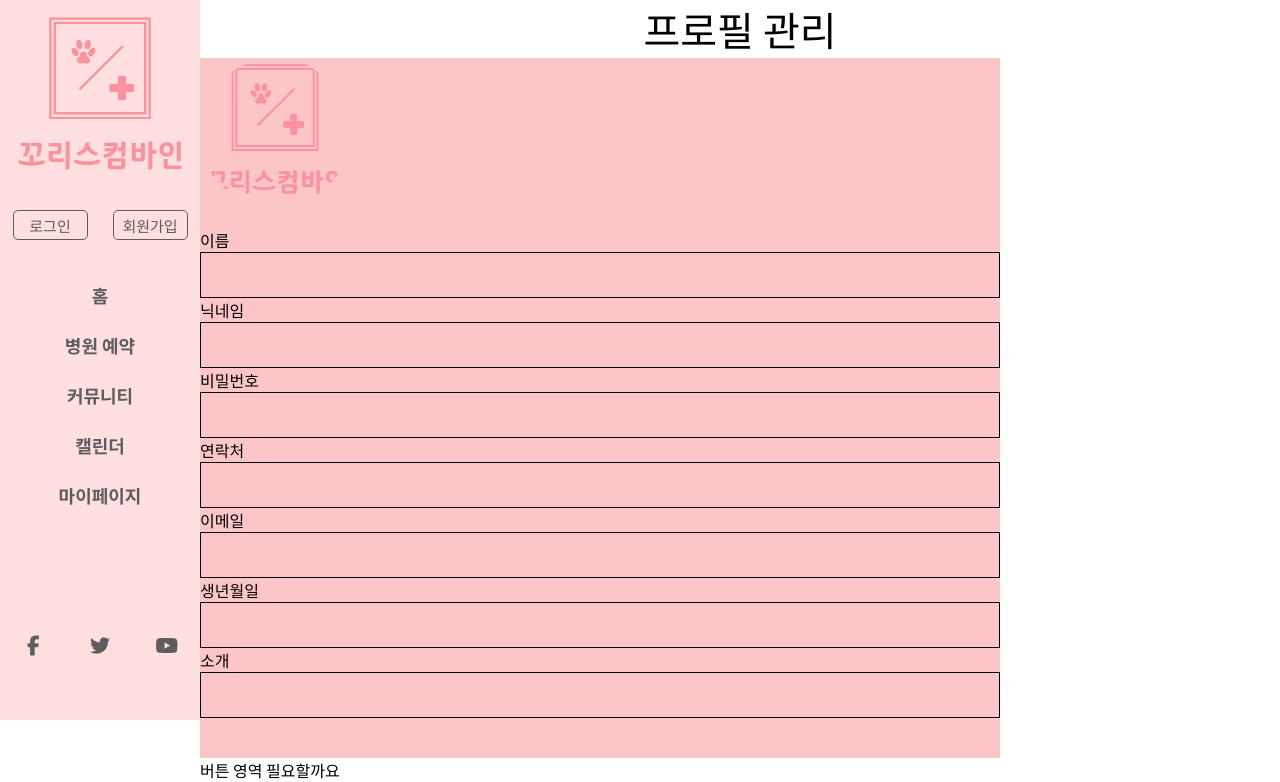
Repository: dodnam/kkoris
Page: http://localhost/1_kkoris/reservation2.jsp
These files come from the project's save history. The page is drawn as it stood at one moment and after the next save; the edit follows.
The browser window is 1280 px wide. The pictures show the whole page.
Some web libraries are served in a nearby version. The page is served by Tomcat 9.

Above is the page before, as saved 2020-02-17 14:43:09.

After the next save:
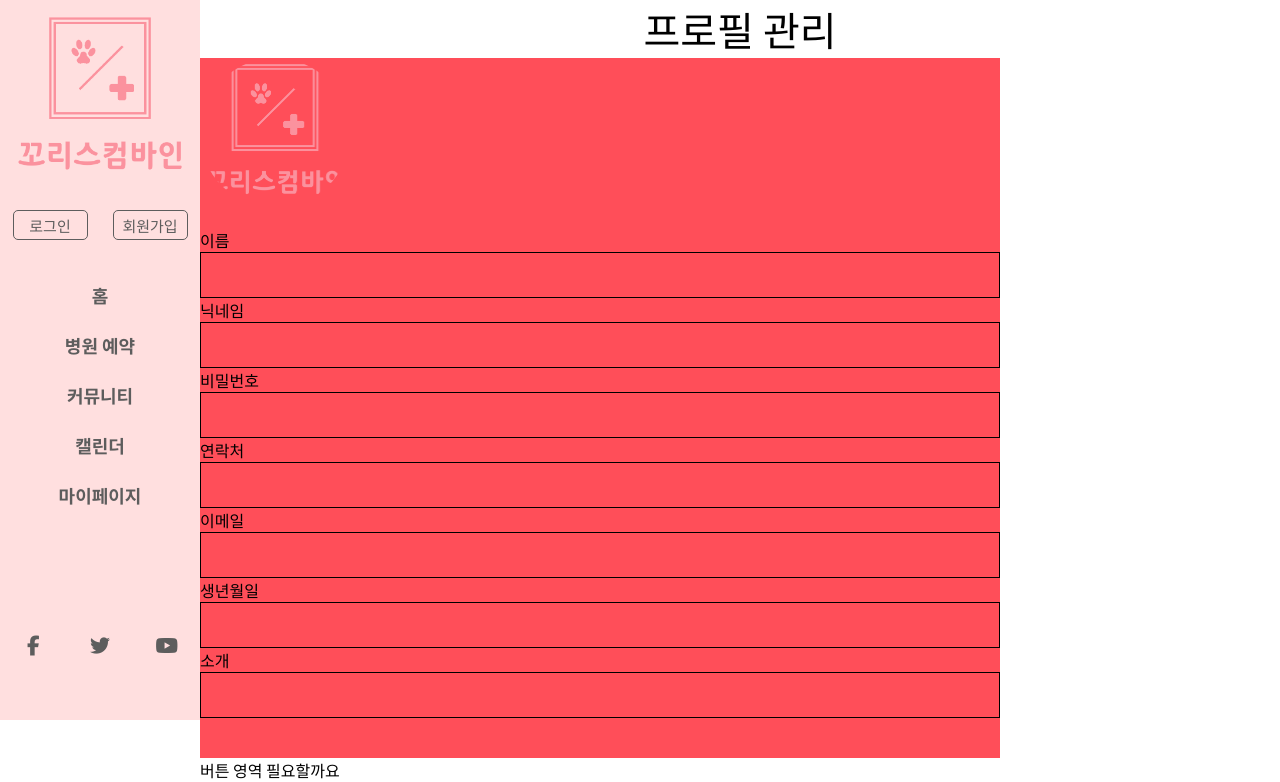
Saved 43 s later.
--- a/1_kkoris/WebContent/reservation2.jsp
+++ b/1_kkoris/WebContent/reservation2.jsp
@@ -8,7 +8,7 @@
 <link rel="stylesheet" type="text/css" href="<%= request.getContextPath() %>/css/index.css"/>
 <link rel="stylesheet" type="text/css" href="<%= request.getContextPath() %>/css/layout.css"/>
 <style>
-	.box_con{width:800px; height:700px; background-color:#fcc6c9; left:30px;right:30px;}
+	.box_con{width:800px; height:700px; background-color:#ff4e59; left:30px;right:30px;}
 	.box{width: 150px; height:150px; border-radius:70%; overflow:hidden;}
 	.profile{width: 100%; height:100%; object-fit:cover;}
 	.userTitle{font-size:40px; text-align:center; top:30px;}

After the save that followed:
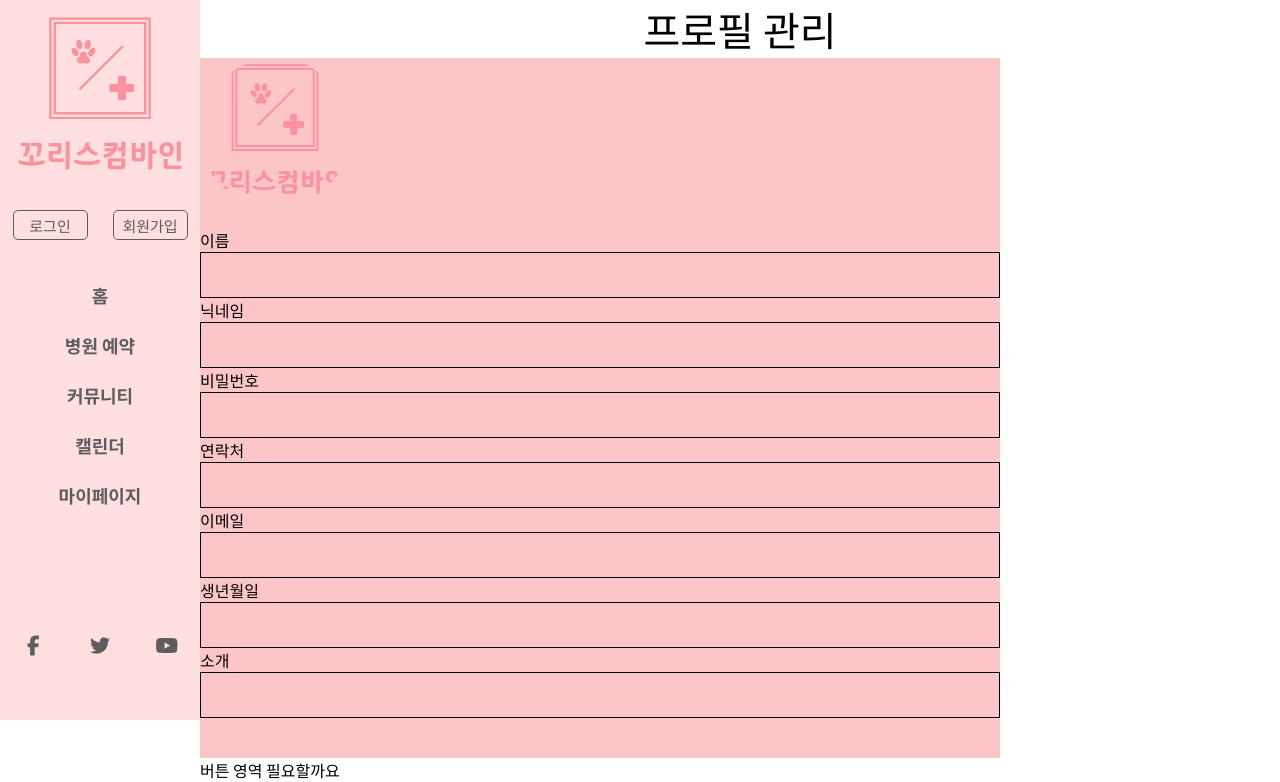
Saved 14 s later.
--- a/1_kkoris/WebContent/reservation2.jsp
+++ b/1_kkoris/WebContent/reservation2.jsp
@@ -8,7 +8,7 @@
 <link rel="stylesheet" type="text/css" href="<%= request.getContextPath() %>/css/index.css"/>
 <link rel="stylesheet" type="text/css" href="<%= request.getContextPath() %>/css/layout.css"/>
 <style>
-	.box_con{width:800px; height:700px; background-color:#ff4e59; left:30px;right:30px;}
+	.box_con{width:800px; height:700px; background-color:#fcc6c9; left:30px;right:30px;}
 	.box{width: 150px; height:150px; border-radius:70%; overflow:hidden;}
 	.profile{width: 100%; height:100%; object-fit:cover;}
 	.userTitle{font-size:40px; text-align:center; top:30px;}
